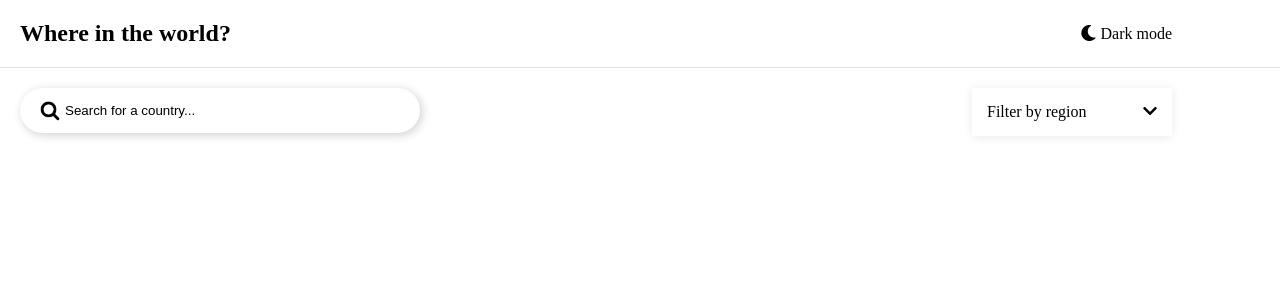
Repository: Eugene44-hub/countryProj
Page: index.html
An editor plug-in stored every save of this project. The page is shown before and after the next save, followed by the edit.
The browser window is 1280 px wide. The pictures show the whole page.
The page's requests for data from a server got no answer.

Above is the page before, as saved 2021-10-10 21:00:55.

### index.html
<!DOCTYPE html>
<html lang="en">

<head>
    <link rel="stylesheet" href="css/all.css">
    <link rel="stylesheet" href="style.css">
    <meta charset="UTF-8">
    <meta http-equiv="X-UA-Compatible" content="IE=edge">
    <meta name="viewport" content="width=device-width, initial-scale=1.0">
    <title>Document</title>
</head>
<div class="header-container">
    <header>
        <h2>Where in the world?</h2>
        <div class="mode"><i class="fas fa-moon"></i> Dark mode</div>
    </header>

</div>

<body>
    <div class="container">
        <div class="search-filter">
            <label for="search">
                     <input type="text" placeholder="Search for a country..." id="search">
            </label>



            <div class="select">
                <div class="default-text">Filter by region <i class="fas fa-chevron-down"></i>
                </div>
                <ul>
                    <li id="asia">Asia</li>
                    <li id='europe'>Europe</li>
                    <li id="africa">Africa</li>
                    <li id="oceania">Oceania</li>
                    <li id="america">America</li>
                </ul>
            </div>

        </div>
        <div class="country-container">

            <div class="countries">


            </div>
        </div>
    </div>

</body>

<script src="data.js"></script>
<script src="app.js"></script>
<script src="UI.js"></script>

</html>

### style.css
* {
    padding: 0;
    margin: 0;
    box-sizing: border-box;
}

.container {
    width: 90%;
    margin: 20px;
}

.countries {
    display: flex;
    flex-wrap: wrap;
    justify-content: space-between;
    margin: auto;
}

img {
    width: 100%;
    height: 150px;
    border-bottom-left-radius: 0px;
    border-bottom-right-radius: 0px;
    border-top-right-radius: 5px;
    border-top-left-radius: 5px;
}

.country {
    width: 265px;
    margin: 20px 0;
    border-radius: 10px;
}

.about-country {
    padding: 0px 20px;
    line-height: 2;
    margin-bottom: 20px;
}

h3 {
    font-size: small
}

.country {
    box-shadow: 2px 4px 15px rgb(235, 235, 235), -2px 0px 15px rgb(235, 235, 235);
}

#name {
    font-weight: bold;
    line-height: 5;
    font-size: 16px
}

span {
    font-weight: bold;
}

#population,
#region,
#capital {
    font-size: 14px;
}

header {
    display: flex;
    justify-content: space-between;
    width: 90%;
    margin: 20px;
    align-items: center;
}

.header-container {
    border-bottom: 1px solid rgb(230, 226, 226);
}

input {
    padding: 15px;
    width: 300px;
    border-radius: 50px;
}

.search-filter {
    display: flex;
    flex-wrap: wrap;
    flex: 100%;
    justify-content: space-between;
    margin: 20px 0;
}

ul {
    list-style: none;
    position: absolute;
    background-color: white;
    box-shadow: 1px 4px 10px rgb(184, 178, 178);
    display: none;
    margin: 0 0;
    border-radius: 0 0px 5px 5px;
}

@keyframes margin {
    from {
        margin: 0;
        opacity: 0;
    }
    to {
        margin: 10px 0;
        opacity: 1;
    }
}

.select:hover ul {
    display: block;
    cursor: pointer;
    animation: margin .2s;
    margin: 1px 0;
}

li:hover {
    background-color: rgb(111, 111, 247);
    color: white;
    transition: all .5s;
}

.select {
    right: 0;
    background-color: white;
    box-shadow: 0px 1px 10px rgb(235, 233, 233);
}

label[for=filter] {
    position: relative;
}

li,
.default-text {
    padding: 15px;
    position: relative;
    cursor: pointer;
    width: 200px;
}

.fa-chevron-down {
    float: right;
}

::placeholder {
    color: black;
    padding-left: 30px;
}

#search {
    background-image: url('search\ icon.png');
    background-size: 20px;
    background-repeat: no-repeat;
    background-position-y: center;
    background-position-x: 20px;
    border: none;
    outline: none;
    box-shadow: 2px 2px 10px rgb(209, 207, 207);
    width: 400px;
}

#search:focus {
    background-image: none;
}

@media screen and (max-width:720px) {
    .countries {
        justify-content: center;
    }
    .select {
        margin: 15px 0;
    }
}


/*

#europe {
    line-height: 6;
}

#africa {
    line-height: 11;
}

#oceania {
    line-height: 16;
}

#america {
    line-height: 21;
} */


/* # Front-end Style Guide

## Layout

The designs were created to the following widths:

- Mobile: 375px
- Desktop: 1440px

## Colors

### Neutral

- Dark Blue (Dark Mode Elements): hsl(209, 23%, 22%)
- Very Dark Blue (Dark Mode Background): hsl(207, 26%, 17%)
- Very Dark Blue (Light Mode Text): hsl(200, 15%, 8%)
- Dark Gray (Light Mode Input): hsl(0, 0%, 52%)
- Very Light Gray (Light Mode Background): hsl(0, 0%, 98%)
- White (Dark Mode Text & Light Mode Elements): hsl(0, 0%, 100%)

## Typography

### Body Copy

- Homepage Items: 14px
- Detail Page: 16px

### Fonts

- Family: [Nunito Sans](https://fonts.google.com/specimen/Nunito+Sans)
- Weights: 300, 600, 800

## Icons

For the icons, you can use a font icon library. Don't worry if the icons that you choose don't look exactly like they do on the design.

Some suggestions can be found below:

- [Font Awesome](https://fontawesome.com)
- [IcoMoon](https://icomoon.io)
- [Ionicons](https://ionicons.com) */


/*
com) - [IcoMoon](https: //icomoon.io)
- [Ionicons](https: //ionicons.com) */

### data.js
const url = 'https://restcountries.com/v3.1/all';

class Country {
    getCountries = async function() {
        const response = await fetch(url);
        const data = await response.json();

        return {
            data
        }
    }
}

### app.js
const country = new Country;
const search = document.querySelector('#search');
country.getCountries()
    .then(data => {
        const ui = new UI(data.data)
        ui.display();
        console.log(data.data[1].name.common)

    })

search.addEventListener('input', e => {
    UI.searchDisplay(search)
    console.log(search)
})

### UI.js
class UI {
    constructor(country) {
        this.country = country;
    }

    display() {
        let countries = document.querySelector('.countries');
        let output = '';
        let zero = 0;
        for (let i = 0; i < this.country.length; i++) {


            if (this.country[i].capital === undefined) {
                output += `
              <div class="country">
              <div class="image">
             <img src=${this.country[i].flags.png}>
              </div>
              <div class="about-country">
              <p id=name>${this.country[i].name.common}</p>
              <p id="population">Population: ${this.country[i].population}</p>
                  <p id="region">Region: ${this.country[i].region}</p>
                  <p id="capital">Capital: No capital</p>
              </div>
          </div>`
            } else {
                output += `
              <div class="country">
              <div class="image">
             <img src=${this.country[i].flags.png}>
              </div>
              <div class="about-country">
              <p id=name>${this.country[i].name.common}</p>
                  <p id="population"><span>Population</span>: ${this.country[i].population}</p>

                  <p id="region"><span>Region</span>: ${this.country[i].region}</p>

                  <p id="capital"><span>Capital</span>: ${this.country[i].capital[0]}</p>
              </div>
          </div>`
            }
        }
        countries.innerHTML = output
    }
    static searchDisplay(input) {
        if (input.value !== '') {
            input.style.backgroundImage = 'none';
        } else {
            input.style.backgroundImage = `url('search\ icon.png')`;
        }
    }
}



/*  */

Loaded but not shown: css/all.css (library)

After the next save:
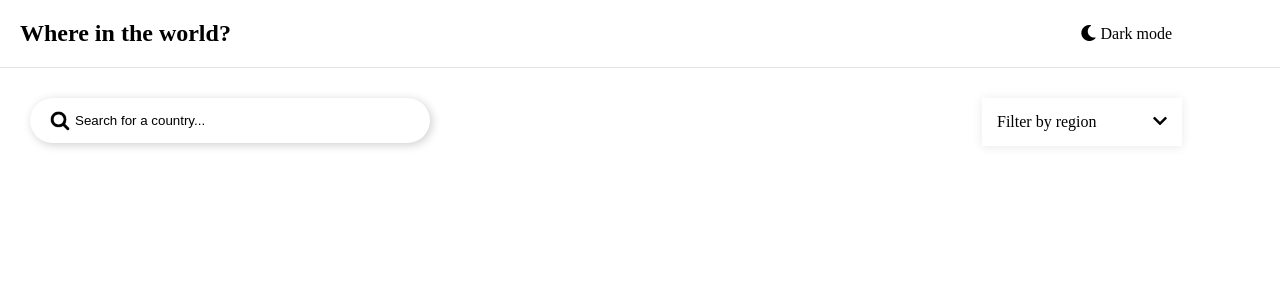
Saved 13 s later.
--- a/style.css
+++ b/style.css
@@ -6,7 +6,7 @@
 
 .container {
     width: 90%;
-    margin: 20px;
+    margin: 30px;
 }
 
 .countries {
